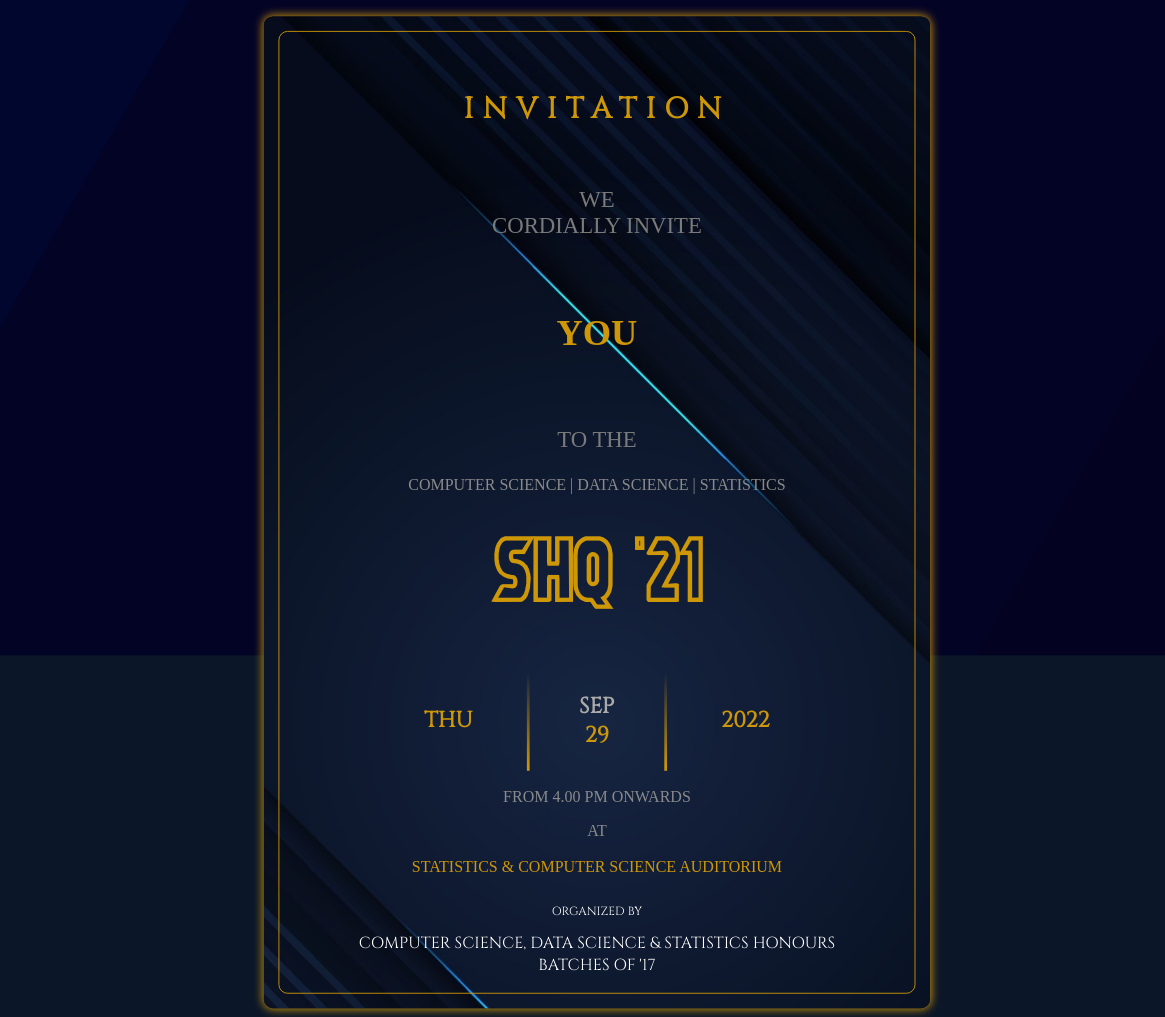
Repository: prabuddhika96/SHQ_Invitation
Page: index.html
These files come from the project's save history. The page is drawn as it stood at one moment and after the next save; the edit follows.
The browser window is 1280 px wide. The pictures show the whole page, at 91% of full size.
Some web fonts or font styles are not loaded; a fallback is used.

Above is the page before, as saved 2022-09-26 11:15:00.
Console error: ReferenceError: bodymovin is not defined

After the next save:
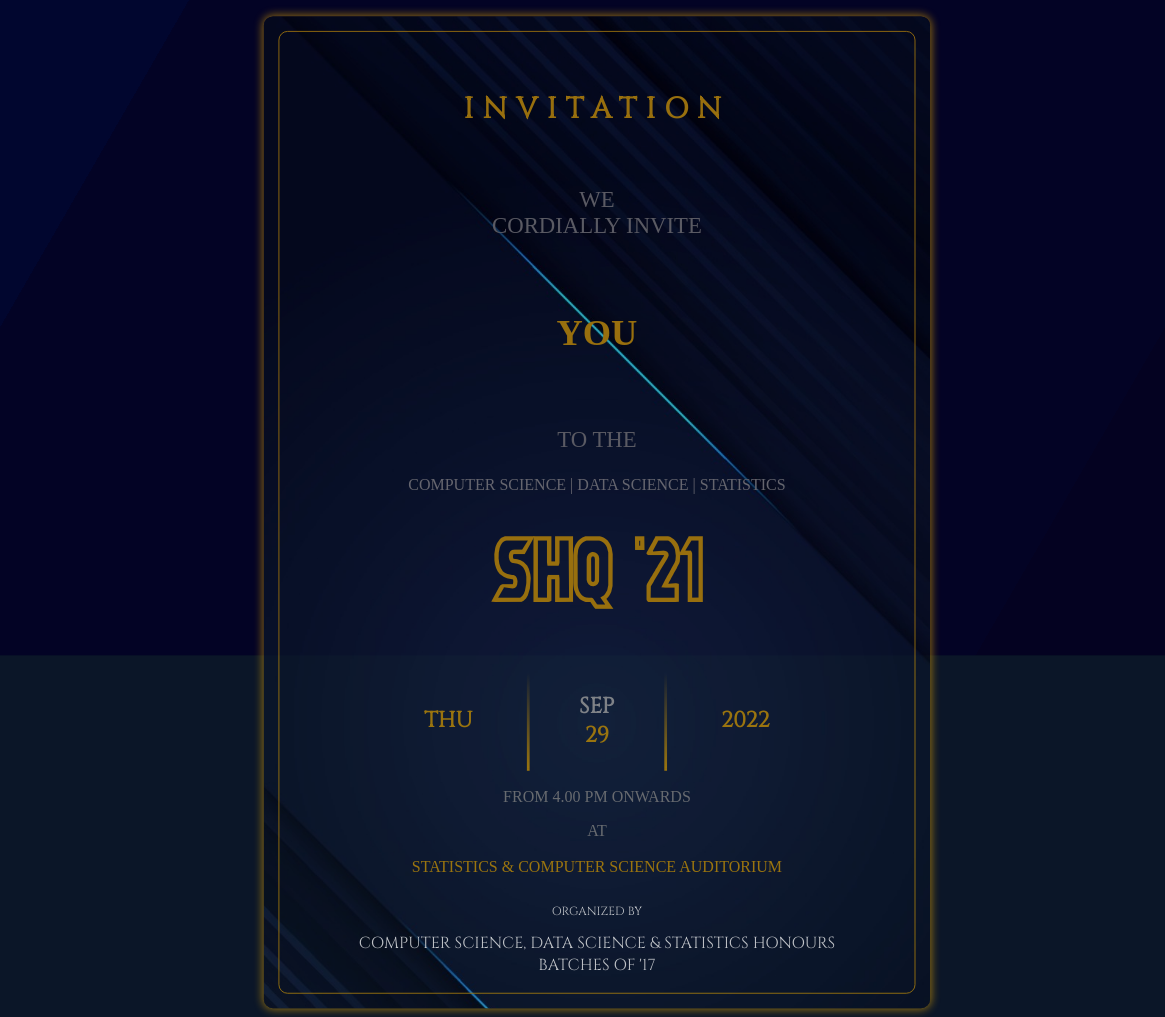
Saved 10 s later.
--- a/animation.css
+++ b/animation.css
@@ -81,7 +81,7 @@
 
 
 .container {
-  animation: showContainer 4s 1 forwards ease-in;
+  animation: showContainer 6s 1 forwards ease-in;
 }
 
 @keyframes showContainer {

After the save that followed:
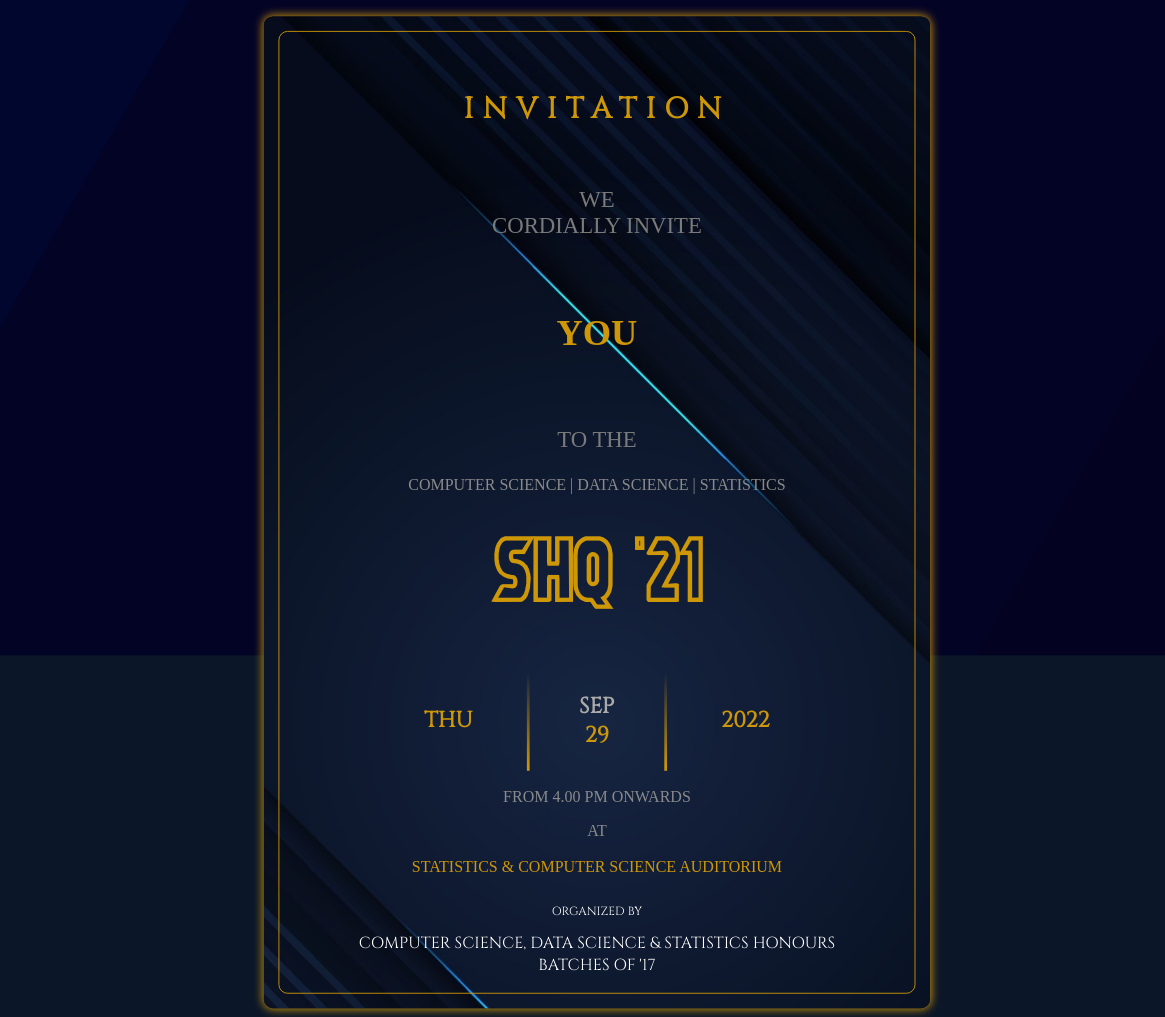
Saved 14 s later.
--- a/animation.css
+++ b/animation.css
@@ -81,7 +81,9 @@
 
 
 .container {
-  animation: showContainer 6s 1 forwards ease-in;
+  animation: showContainer 2s 1 forwards ease-in;
+  animation-delay: 3s;
+
 }
 
 @keyframes showContainer {
